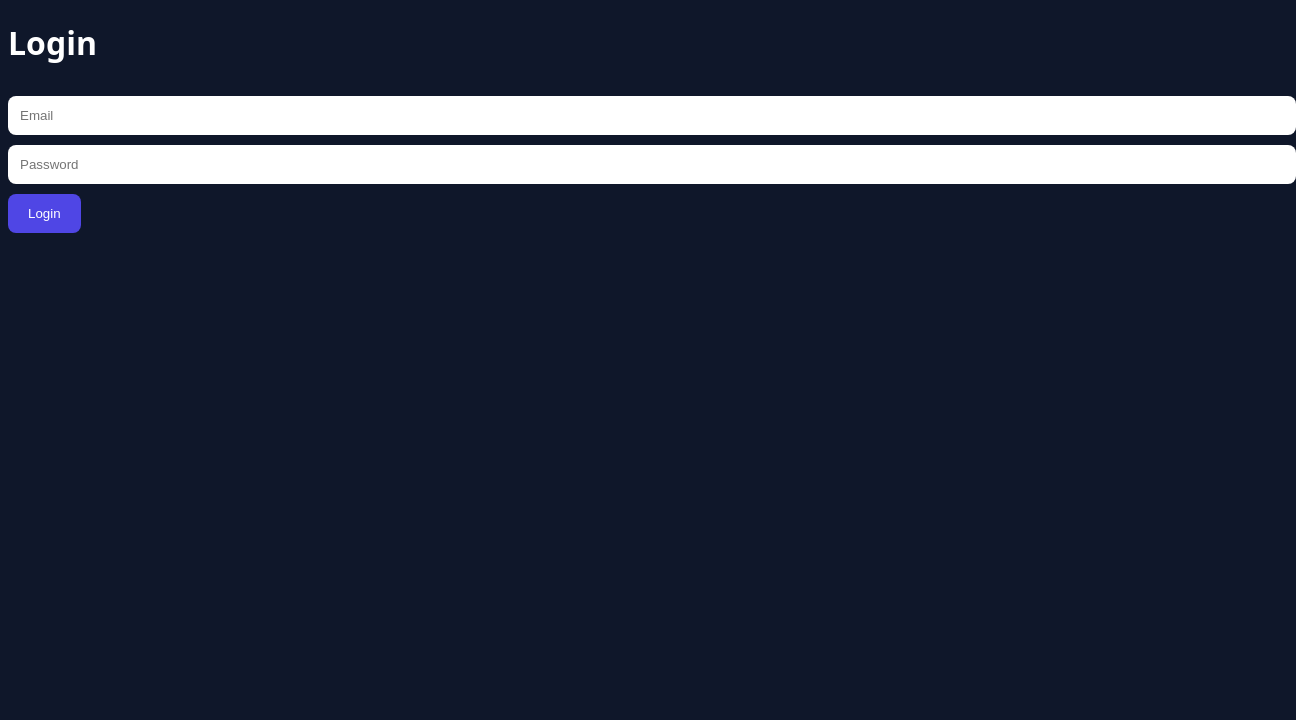
Repository: kundanchouhan12/DevX-Ai-Powered-Devops-Assistant-GenAi-LLM
Page: / (app in frontend/)
The author's editor kept a copy of each file at every save. The page is drawn from the files as they stood at one save, then again after the next save.
The browser window is 1280 px wide. The page is 1296 px wide, then 1280 px, so the pictures cover 1296 px, including what lies to the right of the window. The pictures show the whole page.
The page's requests for data from a server got no answer. The project was rebuilt for these pictures with package versions that can differ from the ones it lists, and the page was loaded fresh each time. No one was signed in, and anything a server would have sent is missing. Also part of the build but not shown: frontend/vite.config.js, frontend/src/pages/Home.jsx, frontend/src/pages/Dashboard.jsx, frontend/src/pages/Signup.jsx.

Above is the page before, as saved 2026-01-31 13:56:17.

### frontend/index.html
<!doctype html>
<html lang="en">
  <head>
    <meta charset="UTF-8" />
    <link rel="icon" type="image/svg+xml" href="/vite.svg" />
    <meta name="viewport" content="width=device-width, initial-scale=1.0" />
    <title>frontend-ai-devops-assistan</title>
  </head>
  <body>
    <div id="root"></div>
    <script type="module" src="/src/main.jsx"></script>
  </body>
</html>

### frontend/src/index.css
body {
  font-family: system-ui, sans-serif;
  background: #0f172a;
  color: white;
}

.container {
  max-width: 900px;
  margin: auto;
  padding: 40px;
}

.card {
  background: #020617;
  padding: 20px;
  border-radius: 12px;
  margin-top: 20px;
}

input {
  width: 100%;
  padding: 12px;
  margin-top: 10px;
  border-radius: 8px;
  border: none;
}

button {
  margin-top: 10px;
  padding: 12px 20px;
  border-radius: 8px;
  border: none;
  background: #4f46e5;
  color: white;
  cursor: pointer;
}

.status {
  margin-top: 15px;
  font-size: 18px;
}

### frontend/src/App.jsx
import { BrowserRouter, Routes, Route } from "react-router-dom";
import Home from "./pages/Home";
import Dashboard from "./pages/Dashboard";
import Login from "./pages/Login";
import Signup from "./pages/Signup";
import PrivateRoute from "./components/PrivateRoute";

export default function App() {
  return (
    <BrowserRouter>
      <Routes>
        {/* Public routes */}
        <Route path="/login" element={<Login />} />
        <Route path="/signup" element={<Signup />} />

        {/* Protected routes */}
        <Route
          path="/"
          element={
            <PrivateRoute>
              <Home />
            </PrivateRoute>
          }
        />

        <Route
          path="/dashboard"
          element={
            <PrivateRoute>
              <Dashboard />
            </PrivateRoute>
          }
        />
        <Route
          path="/dashboard/:jobId"
          element={
            <PrivateRoute>
              <Dashboard />
            </PrivateRoute>
          }
        />
      </Routes>
    </BrowserRouter>
  );
}

### frontend/src/pages/Login.jsx
import { useState } from "react";
import { useNavigate } from "react-router-dom";
import { login } from "../services/api"; // now works

export default function Login() {
  const [email, setEmail] = useState("");
  const [password, setPassword] = useState("");
  const navigate = useNavigate();

  const handleLogin = async () => {
    try {
      const res = await login(email, password);
      localStorage.setItem("token", res.data.token); // save JWT
      navigate("/"); // redirect to home
    } catch (err) {
      console.error(err);
      alert(err.response?.data.error || "Login failed");
    }
  };

  return (
    <div>
      <h1>Login</h1>
      <input placeholder="Email" value={email} onChange={e => setEmail(e.target.value)} />
      <input type="password" placeholder="Password" value={password} onChange={e => setPassword(e.target.value)} />
      <button onClick={handleLogin}>Login</button>
    </div>
  );
}

### frontend/src/components/PrivateRoute.jsx
// frontend/src/components/PrivateRoute.jsx
import React from "react";
import { Navigate } from "react-router-dom";

const PrivateRoute = ({ children }) => {
  const token = localStorage.getItem("token");
  return token ? children : <Navigate to="/login" />;
};

export default PrivateRoute;

### frontend/src/services/api.js
import axios from "axios";

const getBaseURL = () => {
  if (import.meta.env.VITE_API_BASE_URL) {
    return import.meta.env.VITE_API_BASE_URL;
  } else if (window.location.hostname === "localhost") {
    return "http://127.0.0.1:5000/api";
  } else {
    return "/api"; // production relative path
  }
};

const api = axios.create({
  baseURL: getBaseURL(),
});

// JWT interceptor
api.interceptors.request.use((config) => {
  const token = localStorage.getItem("token");
  if (token) config.headers.Authorization = `Bearer ${token}`;
  return config;
});

// ===== Auth functions =====
export const signup = (email, password) => api.post("/auth/signup", { email, password });
export const login = (email, password) => api.post("/auth/login", { email, password });

// Export default axios instance for other requests
export default api;

Loaded but not shown: frontend/src/main.jsx (common file)

After the next save:
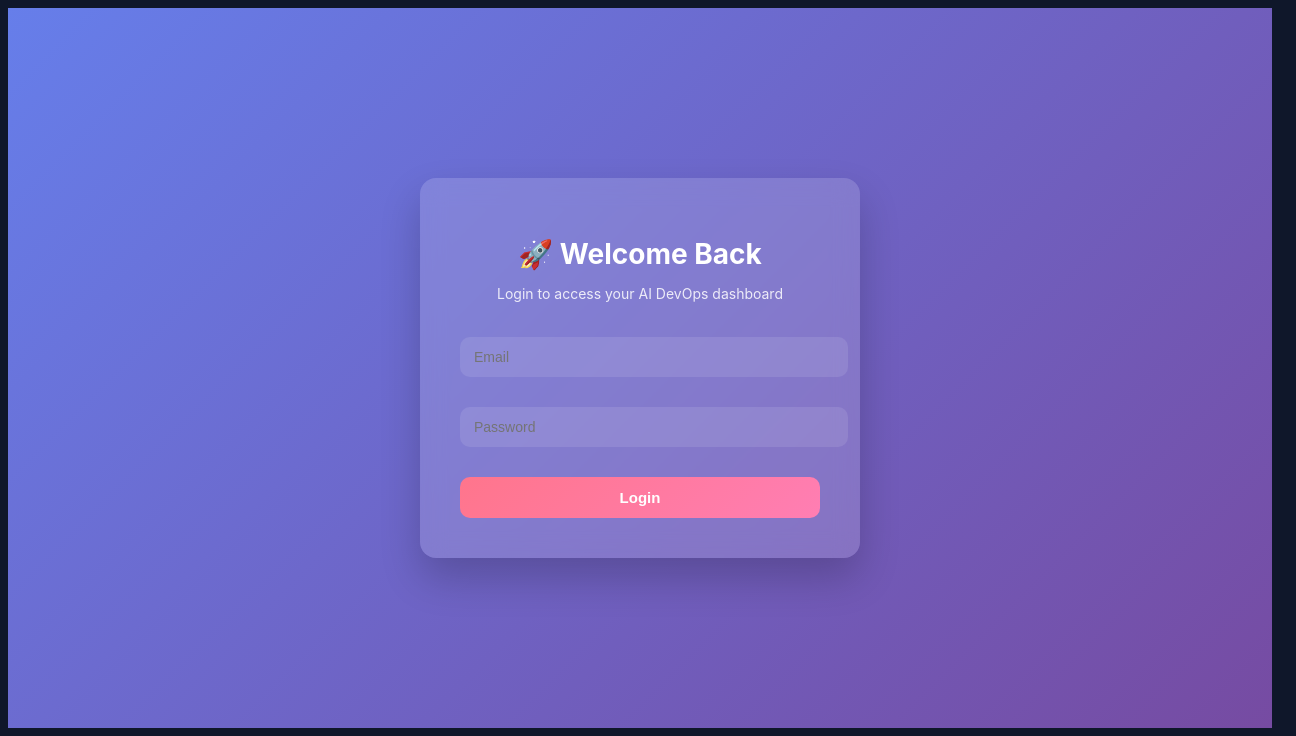
Saved 59 s later.
--- a/frontend/src/pages/Login.jsx
+++ b/frontend/src/pages/Login.jsx
@@ -1,6 +1,6 @@
 import { useState } from "react";
 import { useNavigate } from "react-router-dom";
-import { login } from "../services/api"; // now works
+import { login } from "../services/api";
 
 export default function Login() {
   const [email, setEmail] = useState("");
@@ -10,8 +10,8 @@ export default function Login() {
   const handleLogin = async () => {
     try {
       const res = await login(email, password);
-      localStorage.setItem("token", res.data.token); // save JWT
-      navigate("/"); // redirect to home
+      localStorage.setItem("token", res.data.token);
+      navigate("/");
     } catch (err) {
       console.error(err);
       alert(err.response?.data.error || "Login failed");
@@ -19,11 +19,90 @@ export default function Login() {
   };
 
   return (
-    <div>
-      <h1>Login</h1>
-      <input placeholder="Email" value={email} onChange={e => setEmail(e.target.value)} />
-      <input type="password" placeholder="Password" value={password} onChange={e => setPassword(e.target.value)} />
-      <button onClick={handleLogin}>Login</button>
+    <div style={pageStyle}>
+      <div style={cardStyle}>
+        <h1 style={titleStyle}>🚀 Welcome Back</h1>
+        <p style={subtitleStyle}>Login to access your AI DevOps dashboard</p>
+
+        <input
+          type="email"
+          placeholder="Email"
+          value={email}
+          onChange={(e) => setEmail(e.target.value)}
+          style={inputStyle}
+        />
+        <input
+          type="password"
+          placeholder="Password"
+          value={password}
+          onChange={(e) => setPassword(e.target.value)}
+          style={inputStyle}
+        />
+
+        <button style={buttonStyle} onClick={handleLogin}>
+          Login
+        </button>
+      </div>
     </div>
   );
 }
+
+/* Styles */
+const pageStyle = {
+  height: "100vh",
+  display: "flex",
+  justifyContent: "center",
+  alignItems: "center",
+  background: "linear-gradient(135deg, #667eea, #764ba2)",
+  fontFamily: "Inter, sans-serif",
+};
+
+const cardStyle = {
+  background: "rgba(255, 255, 255, 0.15)",
+  backdropFilter: "blur(12px)",
+  padding: "40px",
+  borderRadius: "16px",
+  width: "360px",
+  boxShadow: "0 20px 40px rgba(0,0,0,0.2)",
+  textAlign: "center",
+  color: "#fff",
+};
+
+const titleStyle = {
+  fontSize: "28px",
+  fontWeight: "700",
+  marginBottom: "8px",
+};
+
+const subtitleStyle = {
+  fontSize: "14px",
+  opacity: 0.85,
+  marginBottom: "25px",
+};
+
+const inputStyle = {
+  width: "100%",
+  padding: "12px 14px",
+  borderRadius: "10px",
+  border: "none",
+  outline: "none",
+  fontSize: "14px",
+  marginBottom: "20px",
+  backgroundColor: "rgba(255,255,255,0.1)",
+  color: "#fff",
+  transition: "0.3s",
+};
+
+const buttonStyle = {
+  width: "100%",
+  padding: "12px",
+  borderRadius: "10px",
+  border: "none",
+  cursor: "pointer",
+  fontWeight: "600",
+  fontSize: "15px",
+  color: "#fff",
+  background: "linear-gradient(135deg, #ff758c, #ff7eb3)",
+  transition: "transform 0.2s ease, box-shadow 0.2s ease",
+  marginTop: "10px",
+};
